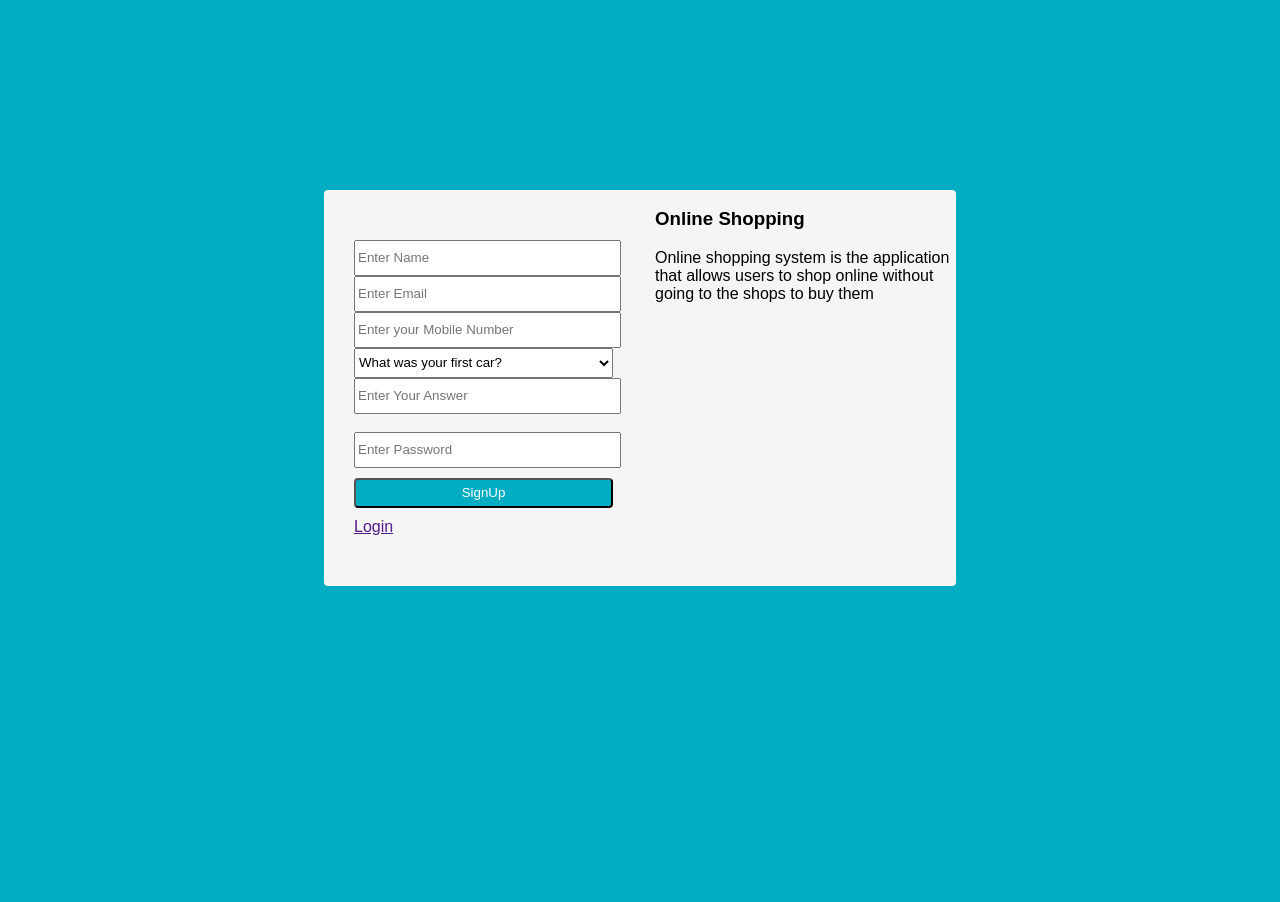
Repository: NidhiDaniel/E-Cart
Page: http://localhost/Online-Shopping-Cart/
An editor plug-in stored every save of this project. The page is shown before and after the next save, followed by the edit.
The browser window is 1280 px wide. The pictures show the whole page.
The page is served by Tomcat 9.

Above is the page before, as saved 2024-01-03 07:37:02.

After the next save:
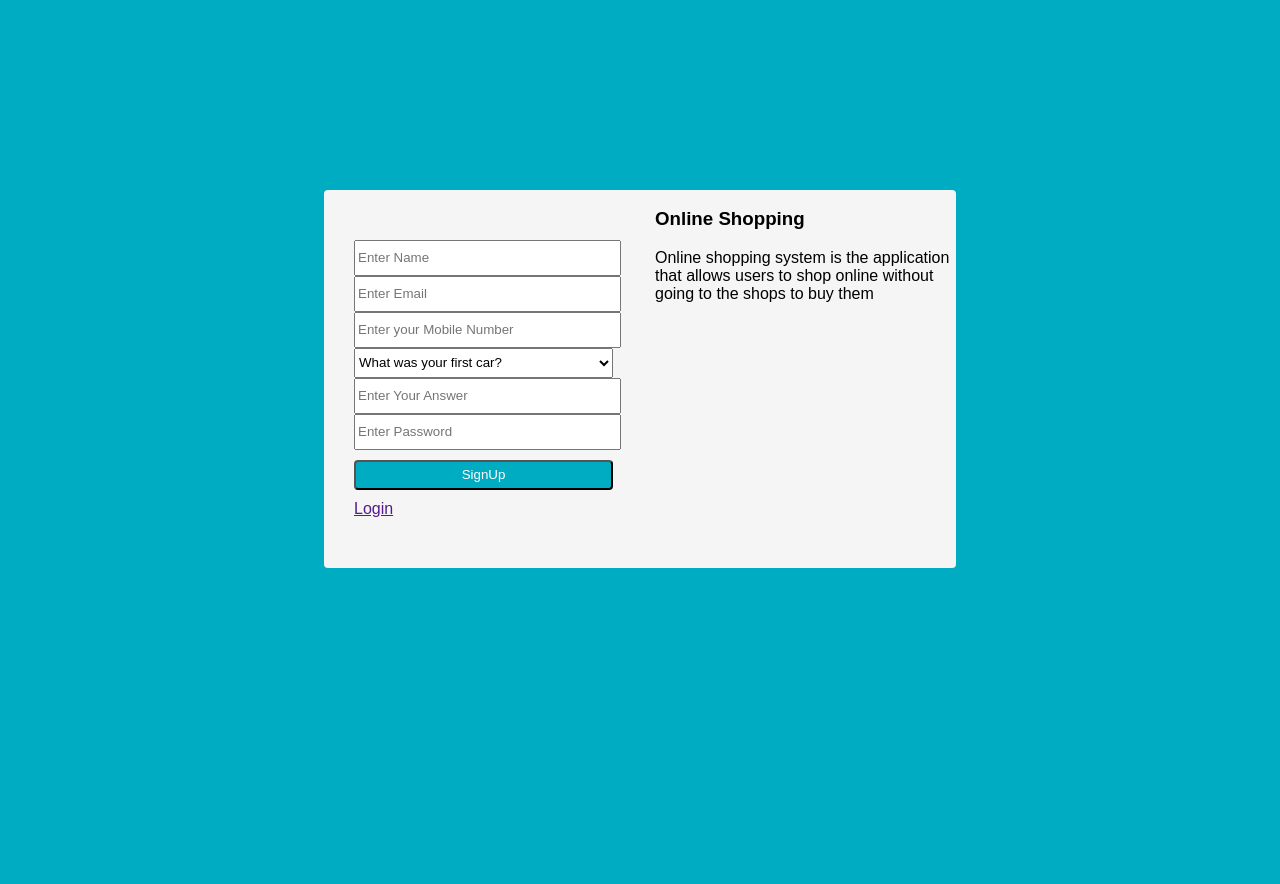
Saved 40 s later.
--- a/Online-Shopping-Cart/src/main/webapp/signupform.jsp
+++ b/Online-Shopping-Cart/src/main/webapp/signupform.jsp
@@ -20,7 +20,7 @@
 					<option>What is your pet name?</option>
 					<option>Who was your best friend?</option>
 				</select>
-				<input type="text" name="answer" placeholder="Enter Your Answer"><br>
+				<input type="text" name="answer" placeholder="Enter Your Answer">
 				<input type="password"
 					name="password" placeholder="Enter Password">
 				<input type="submit" value="SignUp">
